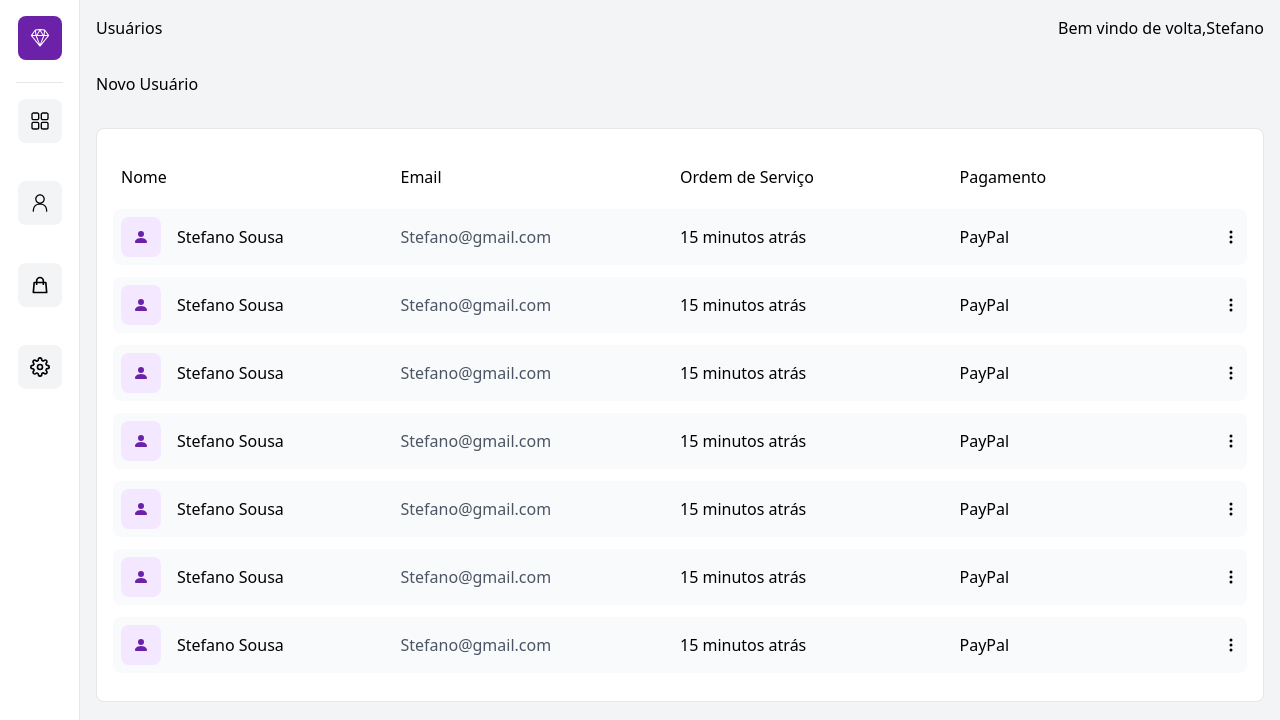
Repository: stefanosousaa/dashboard-next13
Page: /costumers
The author's editor kept a copy of each file at every save. The page is drawn from the files as they stood at one save, then again after the next save.
The browser window is 1280 px wide. The pictures show the whole page.
The project was rebuilt for these pictures with package versions that can differ from the ones it lists, and the page was loaded fresh each time. The framework's server and built-in components were replaced by stand-ins that run in the browser. Also part of the build but not shown: next.config.js.

Above is the page before, as saved 2023-05-18 17:53:15.

After the next save:
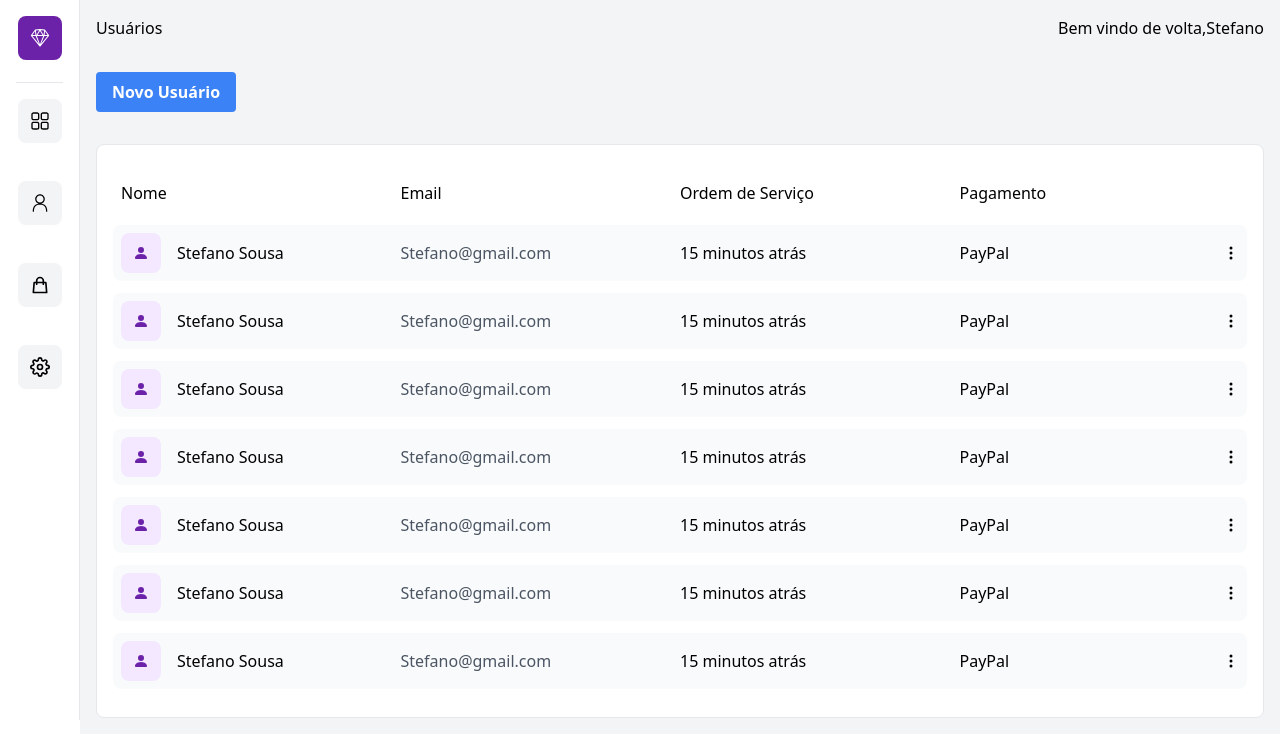
Saved 3 min 31 s later.
--- a/pages/costumers.jsx
+++ b/pages/costumers.jsx
@@ -10,7 +10,7 @@ const costumers = () => {
             <h2>Bem vindo de volta,Stefano</h2>
         </div>
         <div className='p-4'>
-            <button>Novo Usuário</button>
+            <button className='bg-blue-500 hover:bg-blue-700 text-white font-bold py-2 px-4 rounded'>Novo Usuário</button>
         </div>
         <div className='p-4'>
             <div className='w-full m-auto p-4 border rounded-lg bg-white overflow-y-auto'>
